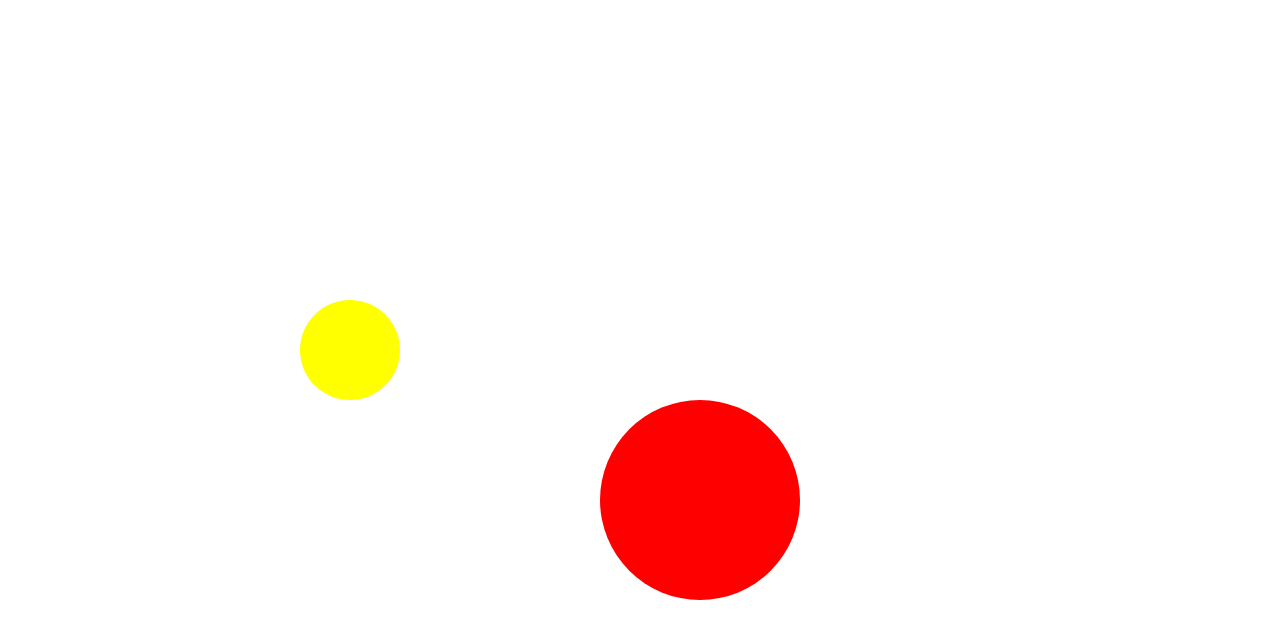
Repository: ScarApocalypse/study
Page: 一些想法/test.html
The author's editor kept a copy of each file at every save. The page is drawn from the files as they stood at one save, then again after the next save.
The browser window is 1280 px wide. The pictures show the whole page.

Above is the page before, as saved 2019-08-02 01:12:01.

After the next save:
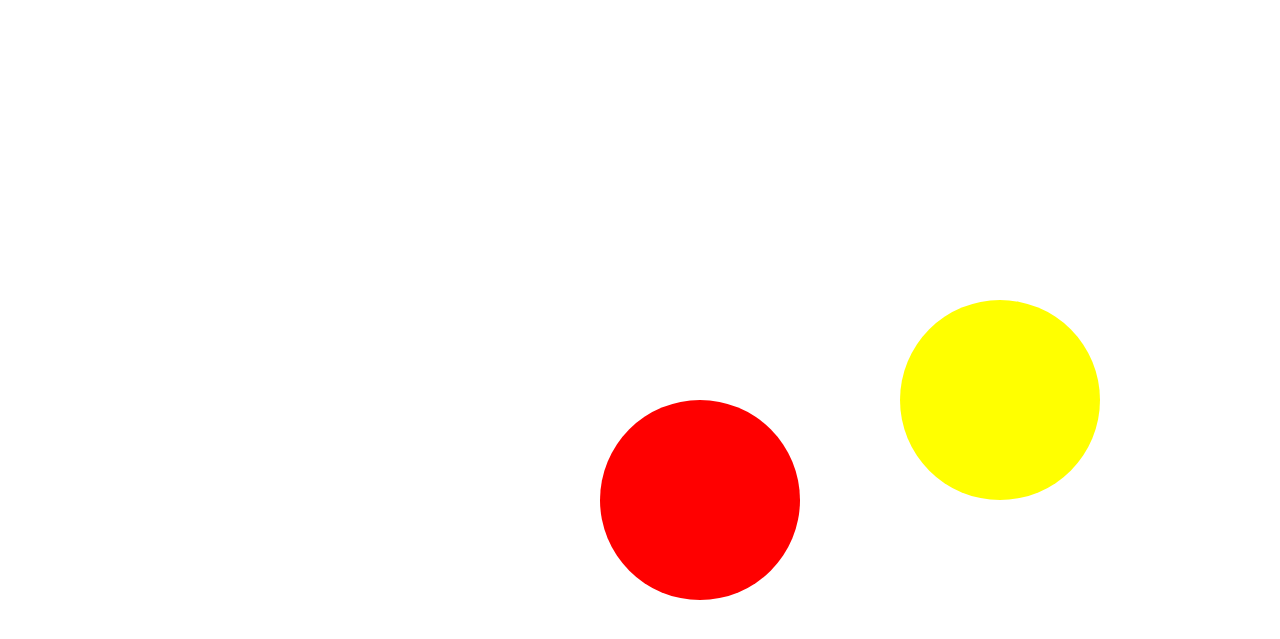
Saved 16 s later.
--- a/一些想法/test.html
+++ b/一些想法/test.html
@@ -40,6 +40,11 @@
         .box1{width:100px;height:100px;background-color:red;border-radius:50%;position:absolute;top:400px;left:400px;}
         .box1{
             left:600px;
+            width:200px;
+            height:200px;
+        }
+        .box2{
+            left:900px;
             width:200px;
             height:200px;
         }
